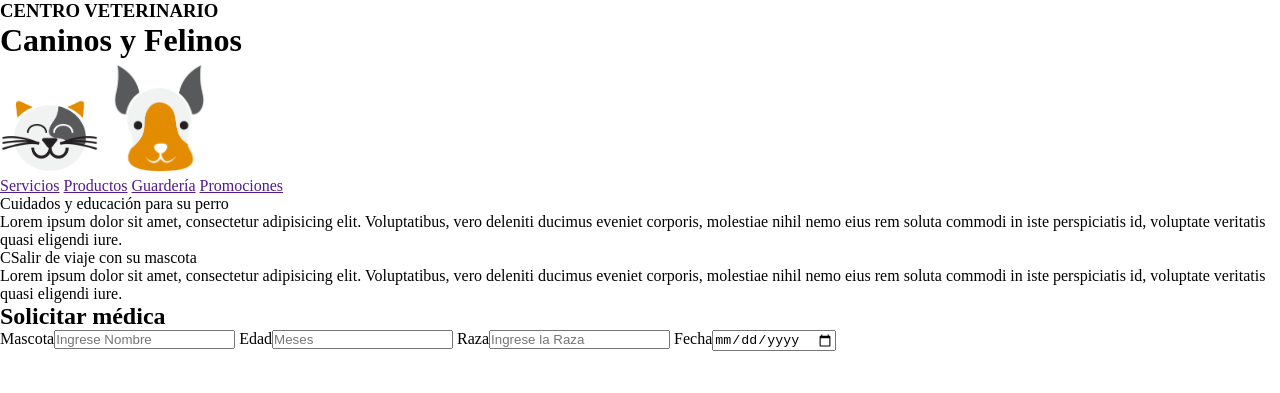
Repository: mariomr87/senaweb01
Page: principal.html
The author's editor kept a copy of each file at every save. The page is drawn from the files as they stood at one save, then again after the next save.
The browser window is 1280 px wide. The pictures show the whole page.

Above is the page before, as saved 2021-09-26 16:14:43.

### principal.html
<!DOCTYPE html>
<html lang="en">
<head>
    <meta charset="UTF-8">
    <meta http-equiv="X-UA-Compatible" content="IE=edge">
    <meta name="viewport" content="width=device-width, initial-scale=1.0">
    <link rel="stylesheet" href="estilos.css">
    <title>Document</title>
</head>
<body>
    <div>
        <header>
            <div>
                <h3>CENTRO VETERINARIO</h3>
                <h1>Caninos y Felinos</h1>
                <img src="./imagenes/cat_white.png" alt="">
                <img src="./imagenes/dog_white.png" alt="">
            </div>
        </header>
        <nav>
            <td>
                <tr><a href="">Servicios</a></tr>
                <tr><a href="">Productos</a></tr>
                <tr><a href="">Guardería</a></tr>
                <tr><a href="">Promociones</a></tr>
            </td>
        </nav>
        <section>
            <article>
                <p>Cuidados y educación para su perro</p>
                <p>Lorem ipsum dolor sit amet, consectetur adipisicing elit. Voluptatibus, vero deleniti ducimus eveniet corporis, molestiae nihil nemo eius rem soluta commodi in iste perspiciatis id, voluptate veritatis quasi eligendi iure.</p>
            </article>
            <article>
                <p>CSalir de viaje con su mascota</p>
                <p>Lorem ipsum dolor sit amet, consectetur adipisicing elit. Voluptatibus, vero deleniti ducimus eveniet corporis, molestiae nihil nemo eius rem soluta commodi in iste perspiciatis id, voluptate veritatis quasi eligendi iure.</p>
            </article>
        </section>
        <aside>
            <form action="">
                <div><h2>Solicitar médica</h2></div>
                <div>
                    <label for="mascota_name">Mascota</label><input type="text" placeholder="Ingrese Nombre" id="">
                    <label for="age_pet">Edad</label><input type="number" name="" id="" placeholder="Meses">
                    <label for="raza_pet">Raza</label><input type="text" name="" id="" placeholder="Ingrese la Raza">
                    <label for="ingreso_pet">Fecha</label><input type="date" name="" id="">

                </div>
            </form>
        </aside>
        <footer>
        </footer>
    </div>
</body>
</html>

### estilos.css
*{
    margin: 0px;
    padding: 0px;
}

header div img{
    width: 8%;
}

After the next save:
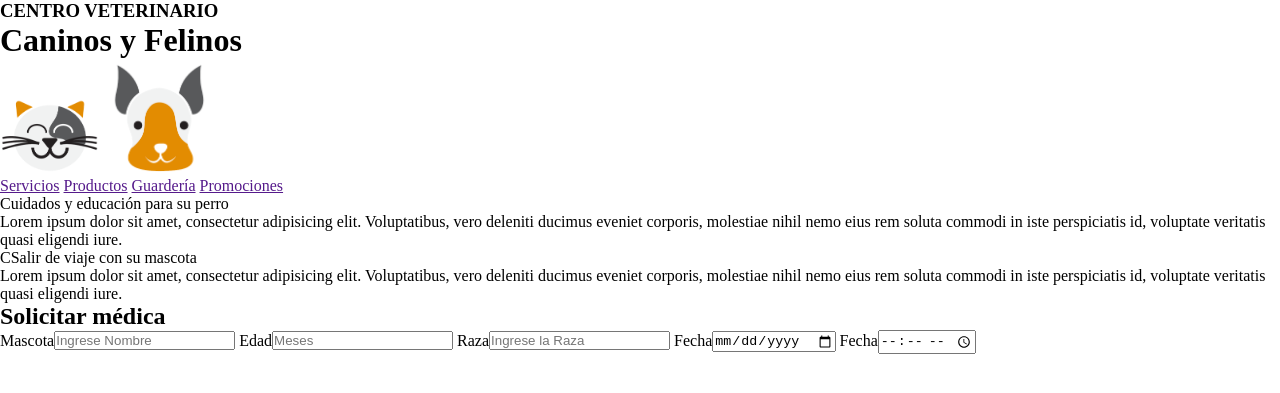
Saved 83 s later.
--- a/principal.html
+++ b/principal.html
@@ -42,7 +42,8 @@
                     <label for="mascota_name">Mascota</label><input type="text" placeholder="Ingrese Nombre" id="">
                     <label for="age_pet">Edad</label><input type="number" name="" id="" placeholder="Meses">
                     <label for="raza_pet">Raza</label><input type="text" name="" id="" placeholder="Ingrese la Raza">
-                    <label for="ingreso_pet">Fecha</label><input type="date" name="" id="">
+                    <label for="fecha_ingreso_pet">Fecha</label><input type="date" name="" id="">
+                    <label for="hora_ingreso_pet">Fecha</label><input type="time" name="" id="">
 
                 </div>
             </form>
